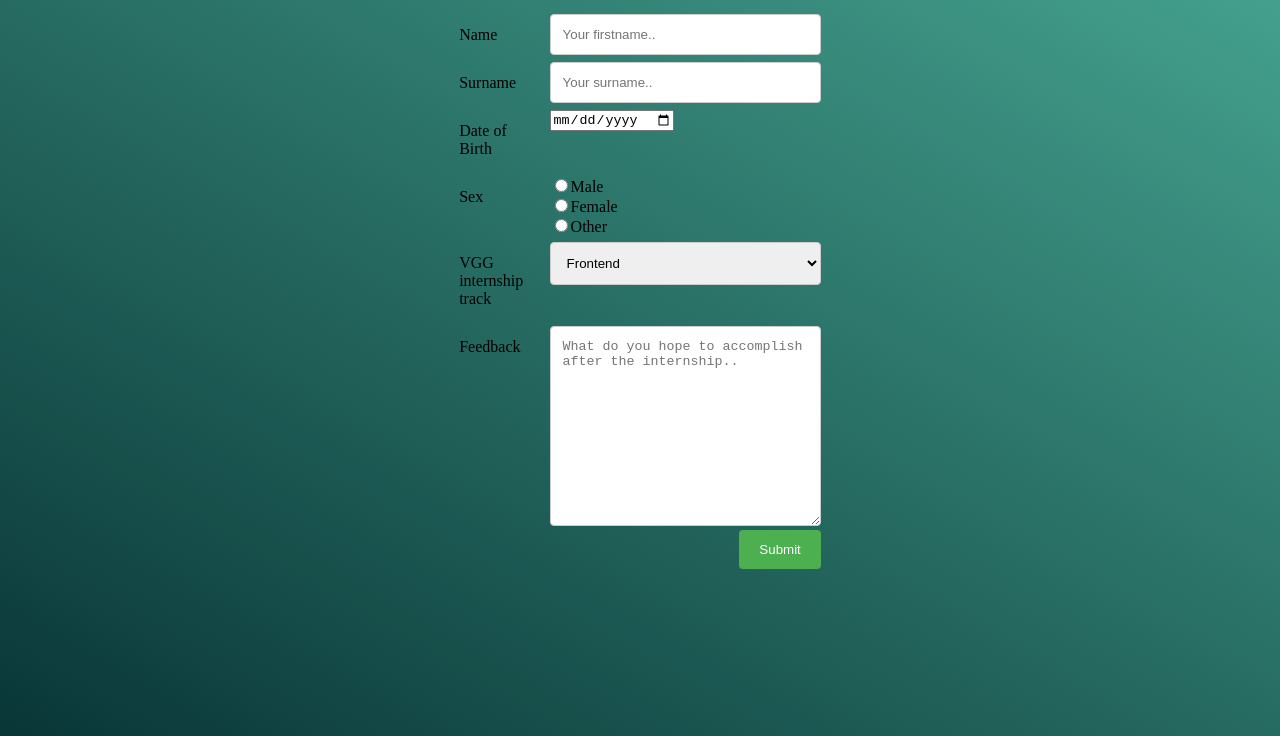
Repository: iphyokafor/VGG-Feedback-form
Page: index2.html
An editor plug-in stored every save of this project. The page is shown before and after the next save, followed by the edit.
The browser window is 1280 px wide. The pictures show the whole page.

Above is the page before, as saved 2020-01-13 00:20:20.

After the next save:
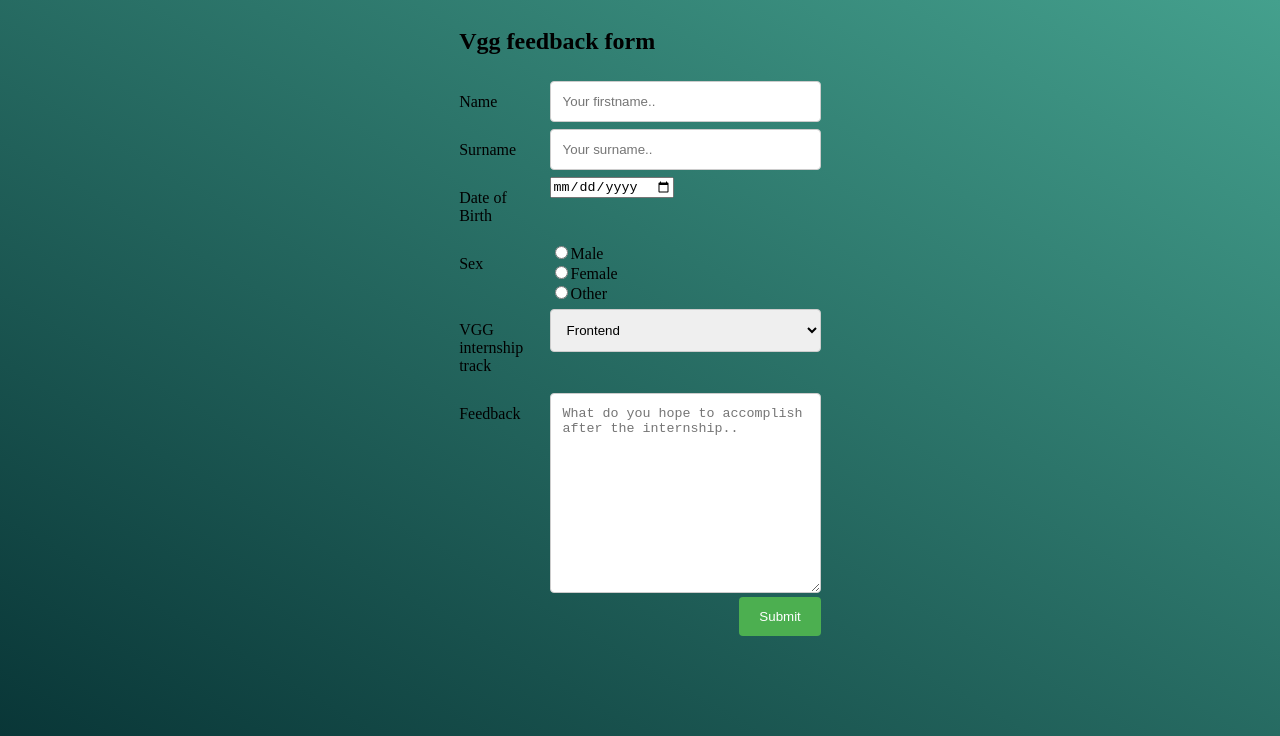
Saved 107 s later.
--- a/index2.html
+++ b/index2.html
@@ -12,6 +12,7 @@
 <body>
     <div>
         <form action="action_page.php">
+            <h2 class="heading">Vgg feedback form</h2>
             <div class="row">
                 <div class="col-25">
                     <label for="name">Name</label>
